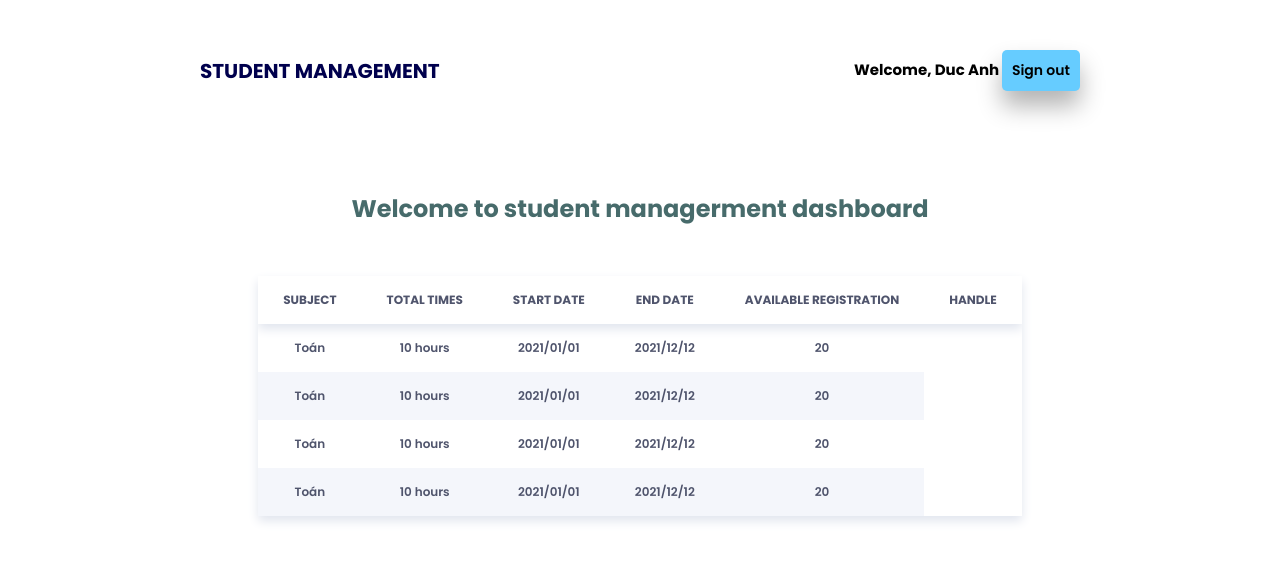
Repository: lenhandat/studentManagement
Page: front-end/fontpart3/Student_Management/user/homeUser.html
These files come from the project's save history. The page is drawn as it stood at one moment and after the next save; the edit follows.
The browser window is 1280 px wide. The pictures show the whole page.
Some icons come from a web library that is not loaded, so they are not drawn.

Above is the page before, as saved 2021-08-27 23:45:54.

### front-end/fontpart3/Student_Management/user/homeUser.html
<!DOCTYPE html>
<html lang="en">
<head>
    <meta charset="UTF-8">
    <meta http-equiv="X-UA-Compatible" content="IE=edge">
    <meta name="viewport" content="width=device-width, initial-scale=1.0">
    <link rel="preconnect" href="https://fonts.googleapis.com">
    <link rel="preconnect" href="https://fonts.gstatic.com" crossorigin>
    <link href="https://fonts.googleapis.com/css2?family=Poppins:wght@300;400;500;600;700&display=swap" rel="stylesheet">
    <link rel="stylesheet" href="../assets/css/reset.css">
    <link rel="stylesheet" href="../assets/css/homeUser.css">
    <title>Home</title>
</head>
<body>
    <header class="header">
        <h1 class="header__title">Student Management</h1>
        <div class="header__right">
            <h2 class="header__text">Welcome, Duc Anh</h2>
            <a href="#" class="header__right--element header__register">
                Sign out
                <i class="fas fa-sign-out-alt"></i>
            </a>
        </div>
    </header>
    <main>
        <h1 class = "title">Welcome to student managerment dashboard</h1>
        <section class="table__student">
            <table class="table__content">
                <thead>
                    <tr>
                        <th>Subject</th>
                        <th>Total Times</th>
                        <th>Start Date</th>
                        <th>End Date</th>
                        <th>Available Registration</th>
                        <th>Handle</th>
                    </tr>
                </thead>
                <tbody>
                    <tr>
                        <td>Toán</td>
                        <td>10 hours</td>
                        <td>2021/01/01</td>
                        <td>2021/12/12</td>
                        <td>20</td>
                    </tr>
                    <tr>
                        <td>Toán</td>
                        <td>10 hours</td>
                        <td>2021/01/01</td>
                        <td>2021/12/12</td>
                        <td>20</td>
                    </tr>
                    <tr>
                        <td>Toán</td>
                        <td>10 hours</td>
                        <td>2021/01/01</td>
                        <td>2021/12/12</td>
                        <td>20</td>
                    </tr>
                    <tr>
                        <td>Toán</td>
                        <td>10 hours</td>
                        <td>2021/01/01</td>
                        <td>2021/12/12</td>
                        <td>20</td>
                    </tr>
                </tbody>
            </table>
        </section>
    </main>
    <script src="../assets/fontAwesome/all.min.js"></script>
</body>
</html>

### front-end/fontpart3/Student_Management/assets/css/reset.css
*{
    margin: 0;
    padding: 0;
    box-sizing: border-box;
}

html{
    font-size: 62.5%;
    font-family: 'Poppins', sans-serif;
}

### front-end/fontpart3/Student_Management/assets/css/homeUser.css
.header{
    padding: 5rem 20rem;
    display: flex;
    flex-direction: row;
    align-items: center;
    justify-content: space-between;
}

.header__title{
    font-size: 2rem;
    text-transform: uppercase;
    color: #00004d;
}

.header__text{
    display: inline-block;
}

.header__right--element{
    display: inline-block;
    padding: 1rem;
    color: #000;
    text-decoration: none;
    font-size: 1.4rem;
    font-weight: 600;
    background-color: #66ccff;
    border-radius: 5px;
    box-shadow: 0 1.5rem 2.5rem rgba(0,0,0, 0.3);
    transition: all .2s;
}

.header__right--element:not(:last-child) {
    margin-right: 2rem;
}

.header__right--element:hover{
    transform: translateY(-2px);
    background-color: #2b70f2;
    color: #fff;
}
.header__right--element:active{
    transform: translateY(0);
    box-shadow: 0 1rem 2rem rgba(0,0,0, 0.2);
}

.table__student{
    margin-top: 5rem;
    display: grid;
    justify-content: center;
    align-items: center;
    color: #4f546c;
    /* background-color: #f4f6fb; */

}


.title{
    padding-top: 5rem;
    text-align: center;
    font-size: 2.4rem;
    color: #476b6b;
}

.table__content{
    padding: 5rem 20rem;
    border-collapse: collapse;
    box-shadow: 0 0.5rem 1rem #e1e5ee;
    background-color: #fff;
    text-align: center;
    overflow: hidden;
}

.table__content thead{
    box-shadow: 0 0.5rem 1rem #e1e5ee;
}

.table__content th{
    padding: 1.5rem 2.5rem;
    text-transform: uppercase;
    font-size: 1.2rem;
    font-weight: 700;
}

.table__content td{
    padding: 1.5rem 2.5rem;
    font-size: 1.2rem;
    font-weight: 600;
}

.table__content tr:nth-child(even){
    background-color:  #f4f6fb;
}

After the next save:
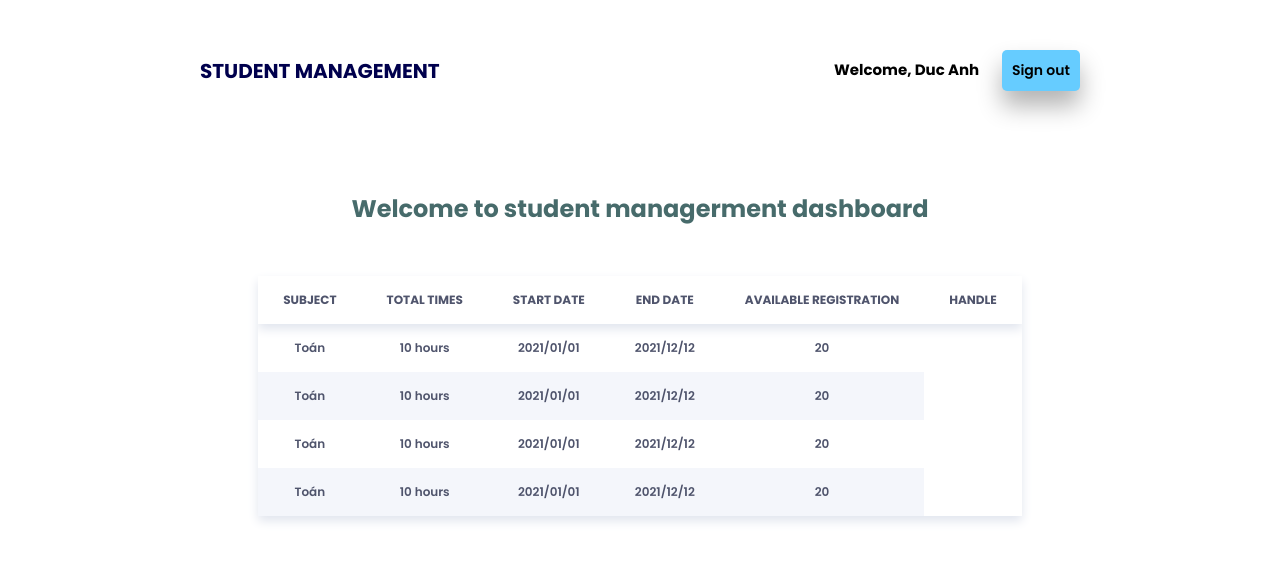
Saved 6 s later.
--- a/front-end/fontpart3/Student_Management/assets/css/homeUser.css
+++ b/front-end/fontpart3/Student_Management/assets/css/homeUser.css
@@ -14,6 +14,7 @@
 
 .header__text{
     display: inline-block;
+    margin-right: 2rem;
 }
 
 .header__right--element{
